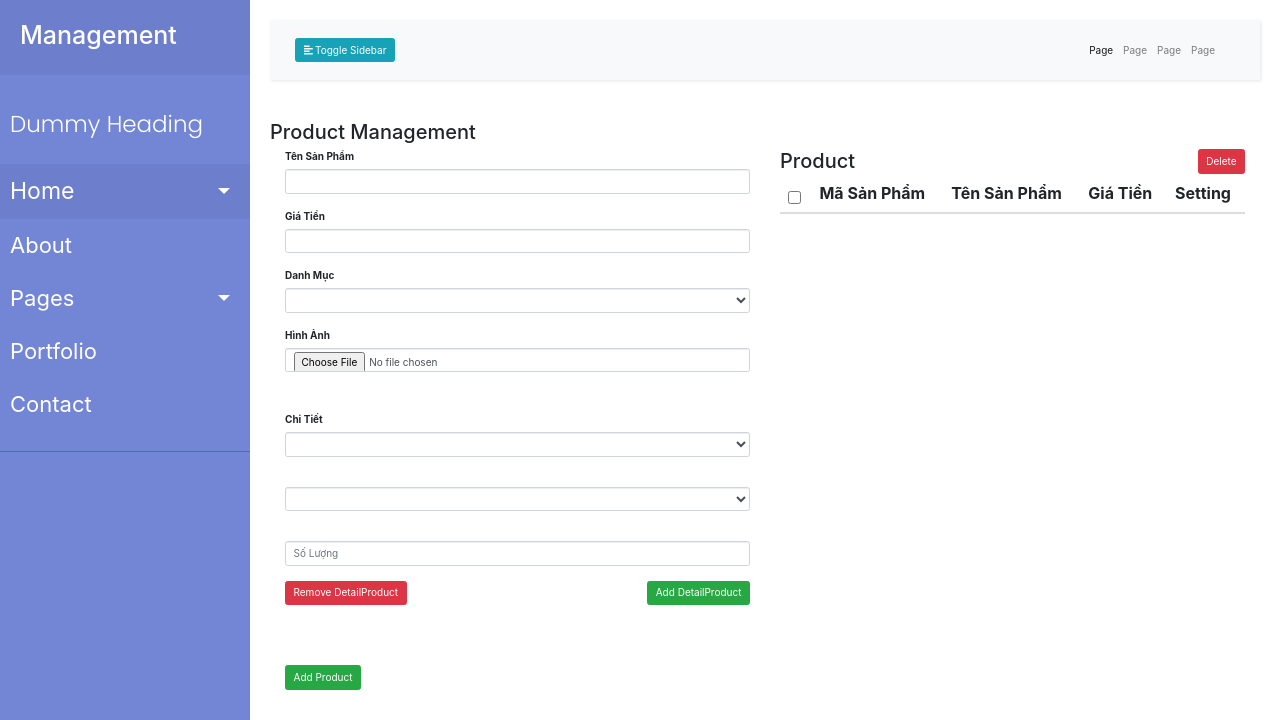
Repository: tiendungnguyen738/shoponline
Page: http://localhost/shoponline/WEB-INF/views/Product_Admin.jsp
These files come from the project's save history. The page is drawn as it stood at one moment and after the next save; the edit follows.
The browser window is 1280 px wide. The pictures show the whole page.
Some web libraries are served in a nearby version. The page is served by Tomcat 9. Nobody is signed in. The template is opened directly, without the code that normally fills it, so the values that code supplies are empty.

Above is the page before, as saved 2019-09-24 13:59:50.

After the next save:
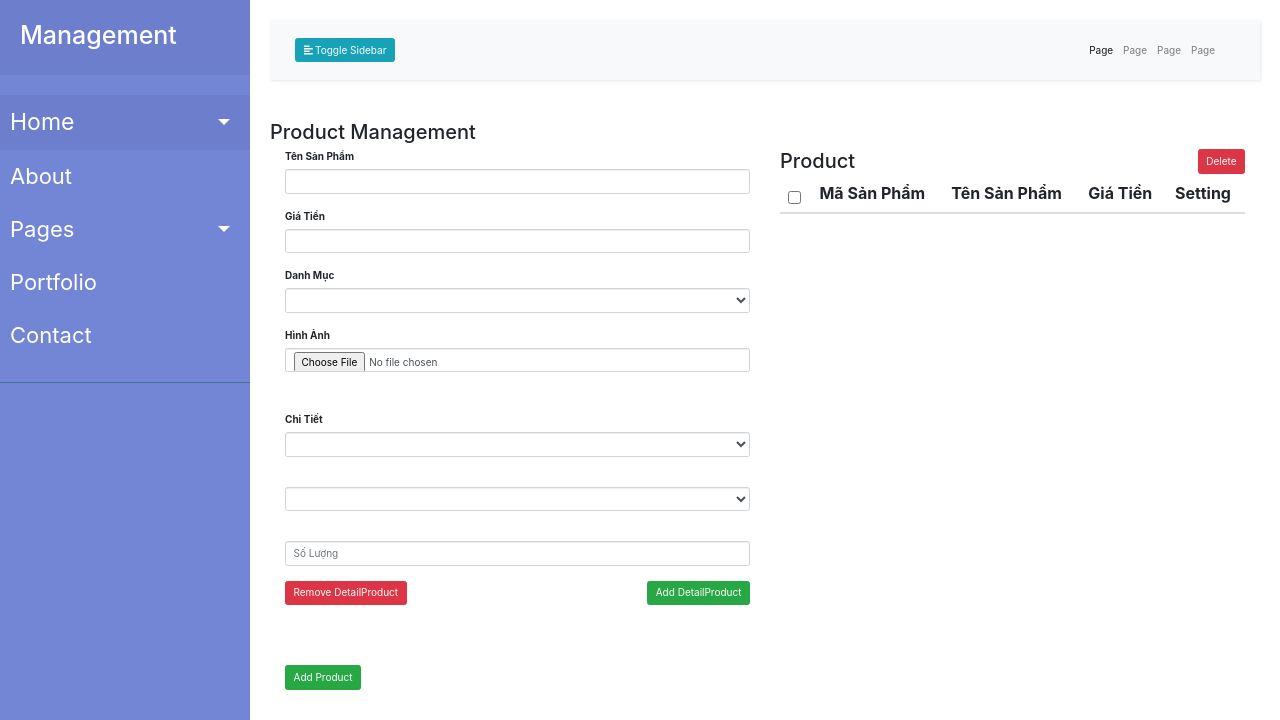
Saved 19 s later.
--- a/shoponline/src/main/webapp/WEB-INF/views/Product_Admin.jsp
+++ b/shoponline/src/main/webapp/WEB-INF/views/Product_Admin.jsp
@@ -37,7 +37,6 @@
 			</div>
 
 			<ul class="list-unstyled components">
-				<p>Dummy Heading</p>
 				<li class="active"><a href="#homeSubmenu"
 					data-toggle="collapse" aria-expanded="false"
 					class="dropdown-toggle">Home</a>
